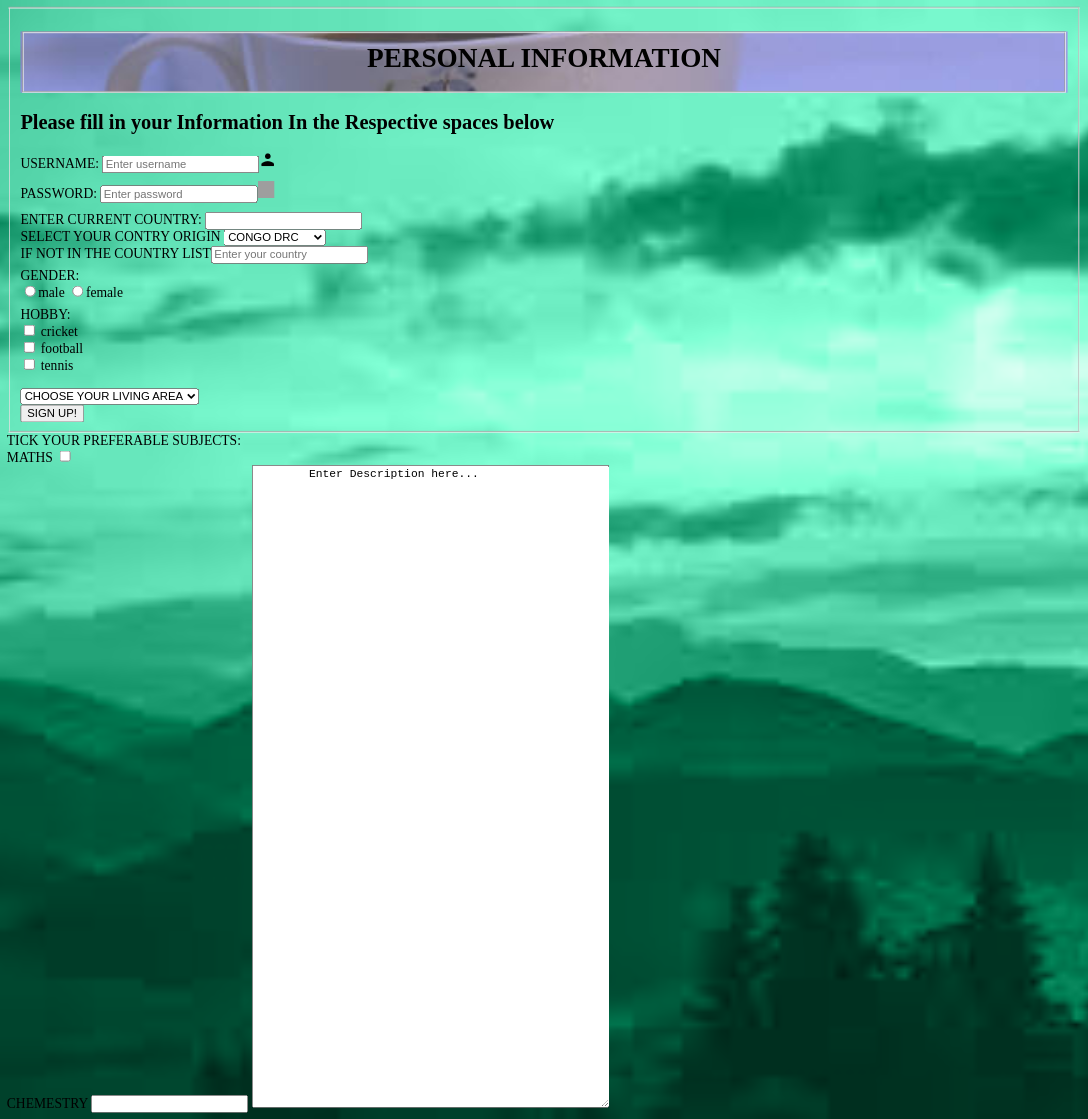
Repository: mirambialex/myform
Page: website/INDEX.HTML
The author's editor kept a copy of each file at every save. The page is drawn from the files as they stood at one save, then again after the next save.
The browser window is 1280 px wide. The pictures show the whole page, at 85% of full size.
Pictures or frames that could not be fetched are drawn as grey boxes.

Above is the page before, as saved 2024-04-17 11:28:34.

After the next save:
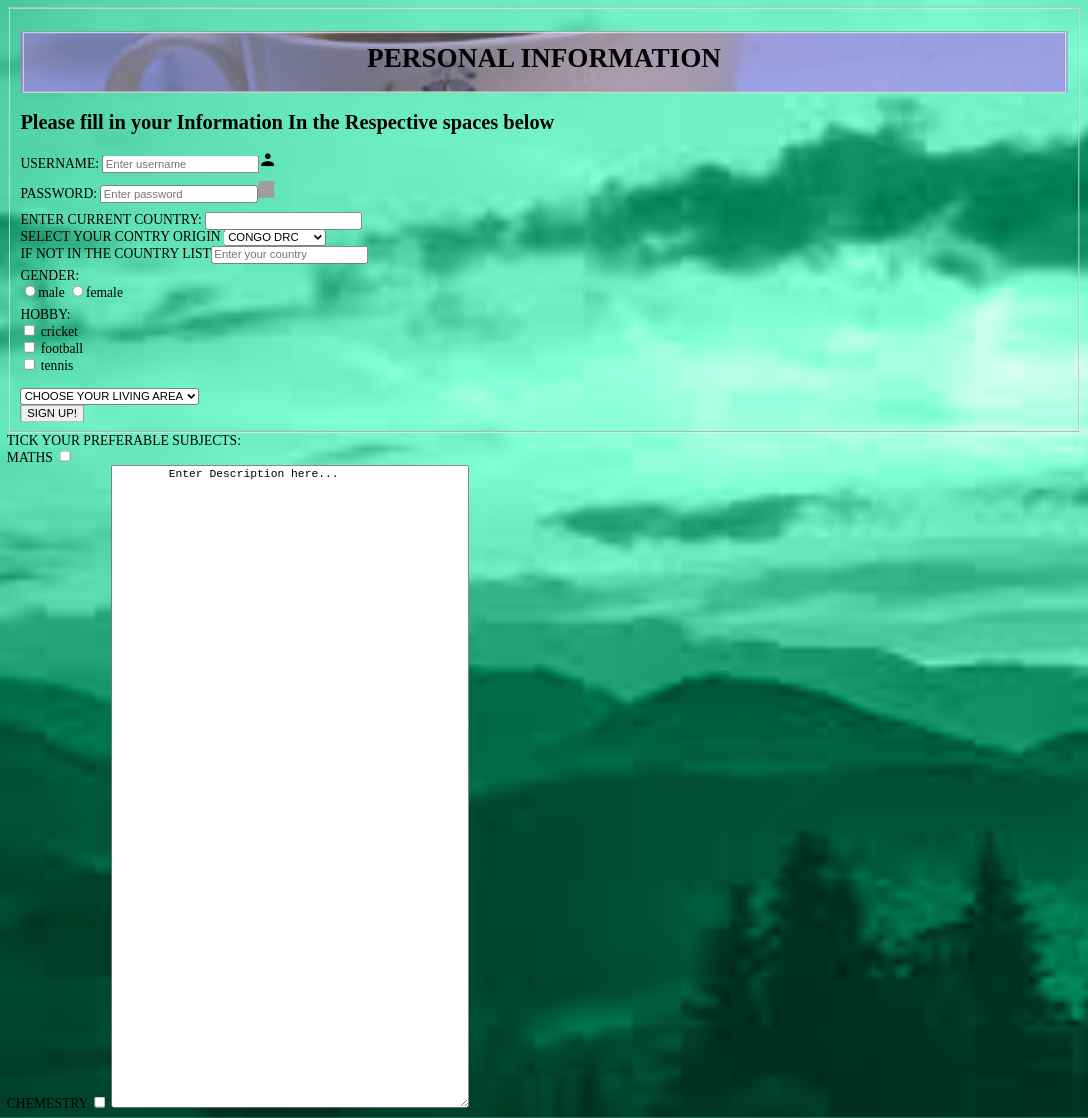
Saved 4 s later.
--- a/website/INDEX.HTML
+++ b/website/INDEX.HTML
@@ -73,7 +73,7 @@ HOBBY:<br>
 <FORM>
     TICK YOUR PREFERABLE SUBJECTS: <BR/>
     MATHS <input TYPE="checkbox" NAME="MATHS" VALUE="ON"><BR/>
-    CHEMESTRY <INPUT type=""
+    CHEMESTRY <INPUT type="checkbox"
     Description: <br/>
     <textarea name="Description" cols="50" rows="50">
         Enter Description here...
